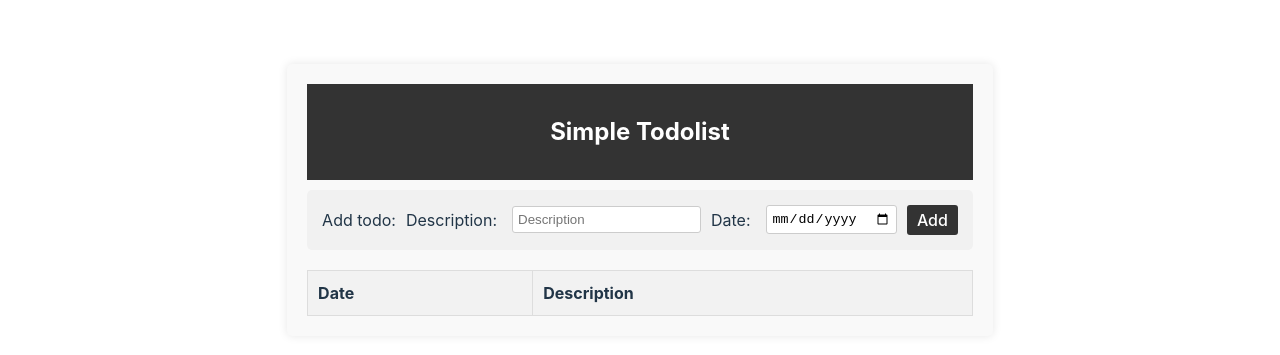
Repository: Aminul-Islam85/Todolist-with-delete
Page: /
An editor plug-in stored every save of this project. The page is shown before and after the next save, followed by the edit.
The browser window is 1280 px wide. The pictures show the whole page.
The project was rebuilt for these pictures with package versions that can differ from the ones it lists, and the page was loaded fresh each time. Also part of the build but not shown: vite.config.js.

Above is the page before, as saved 2024-09-23 20:08:05.

After the next save:
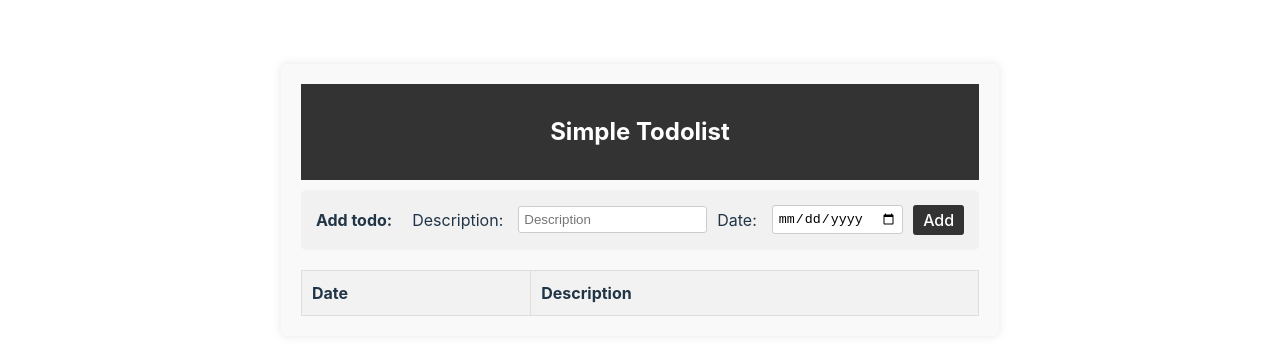
Saved 15 s later.
--- a/src/App.css
+++ b/src/App.css
@@ -29,8 +29,13 @@
 form {
   display: flex;
   align-items: center;
-  justify-content: center;
+  justify-content: flex-start; /* Aligns items to the left */
   gap: 10px;
+}
+
+.add-todo-label {
+  margin-right: 10px;
+  font-weight: bold;
 }
 
 form label {
